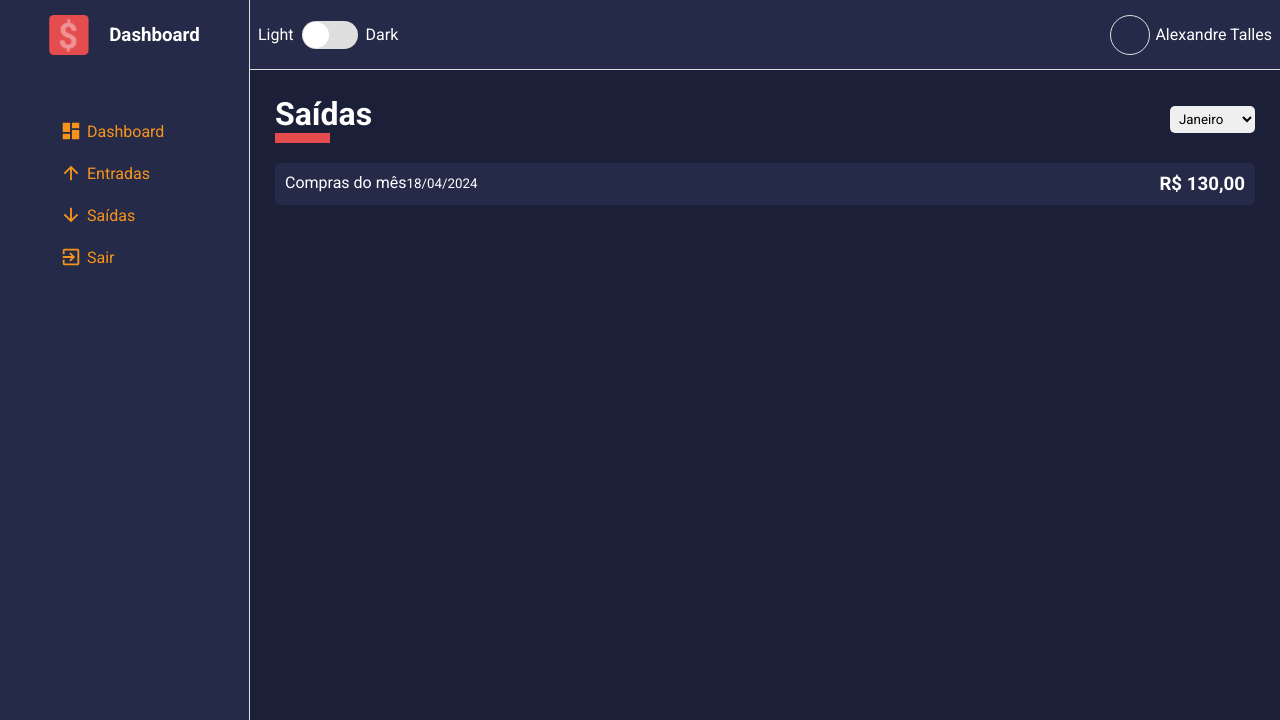
Repository: XFERRER7/dashboard
Page: /
The author's editor kept a copy of each file at every save. The page is drawn from the files as they stood at one save, then again after the next save.
The browser window is 1280 px wide. The pictures show the whole page.
The project was rebuilt for these pictures with package versions that can differ from the ones it lists, and the page was loaded fresh each time. Also part of the build but not shown: vite.config.ts.

Above is the page before, as saved 2022-07-11 16:49:50.

After the next save:
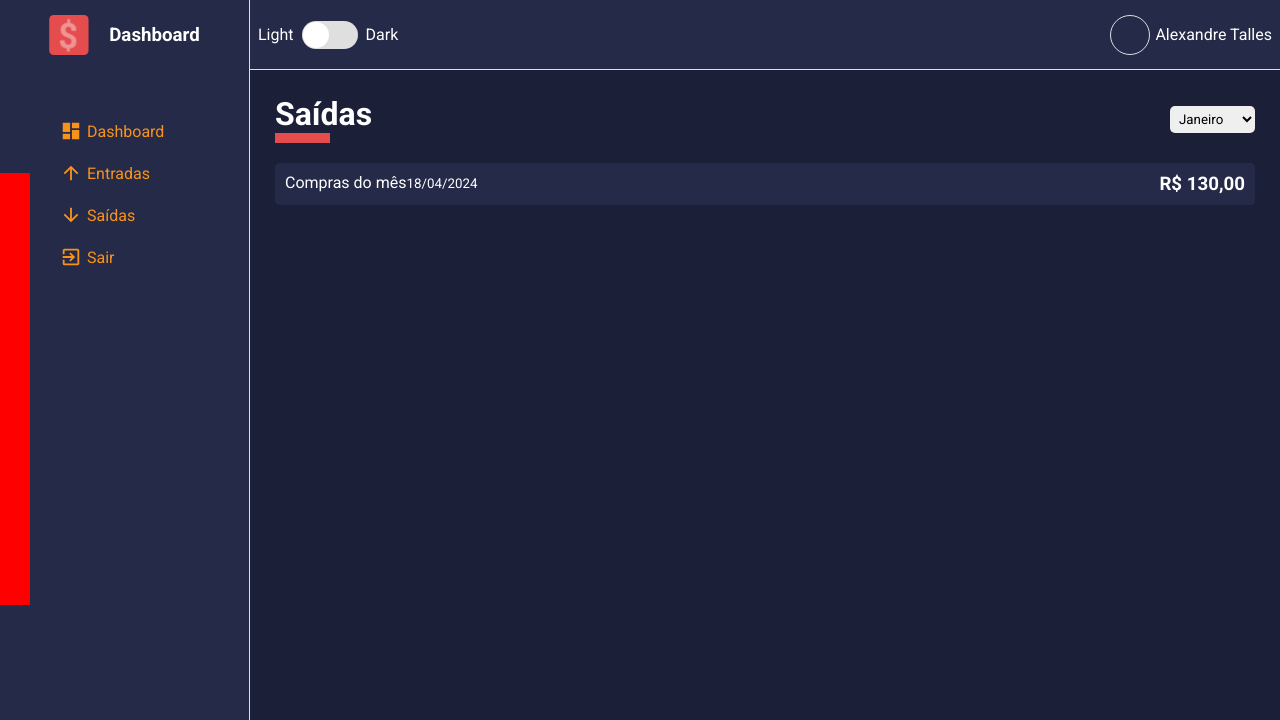
Saved 4 s later.
--- a/src/components/CardFinance/Styles.ts
+++ b/src/components/CardFinance/Styles.ts
@@ -18,5 +18,5 @@ export const Highlighter = styled.div`
   left: 0;
   background-color: red;
   width: 30px;
-  height: ;
+  height: 60%;
 `
